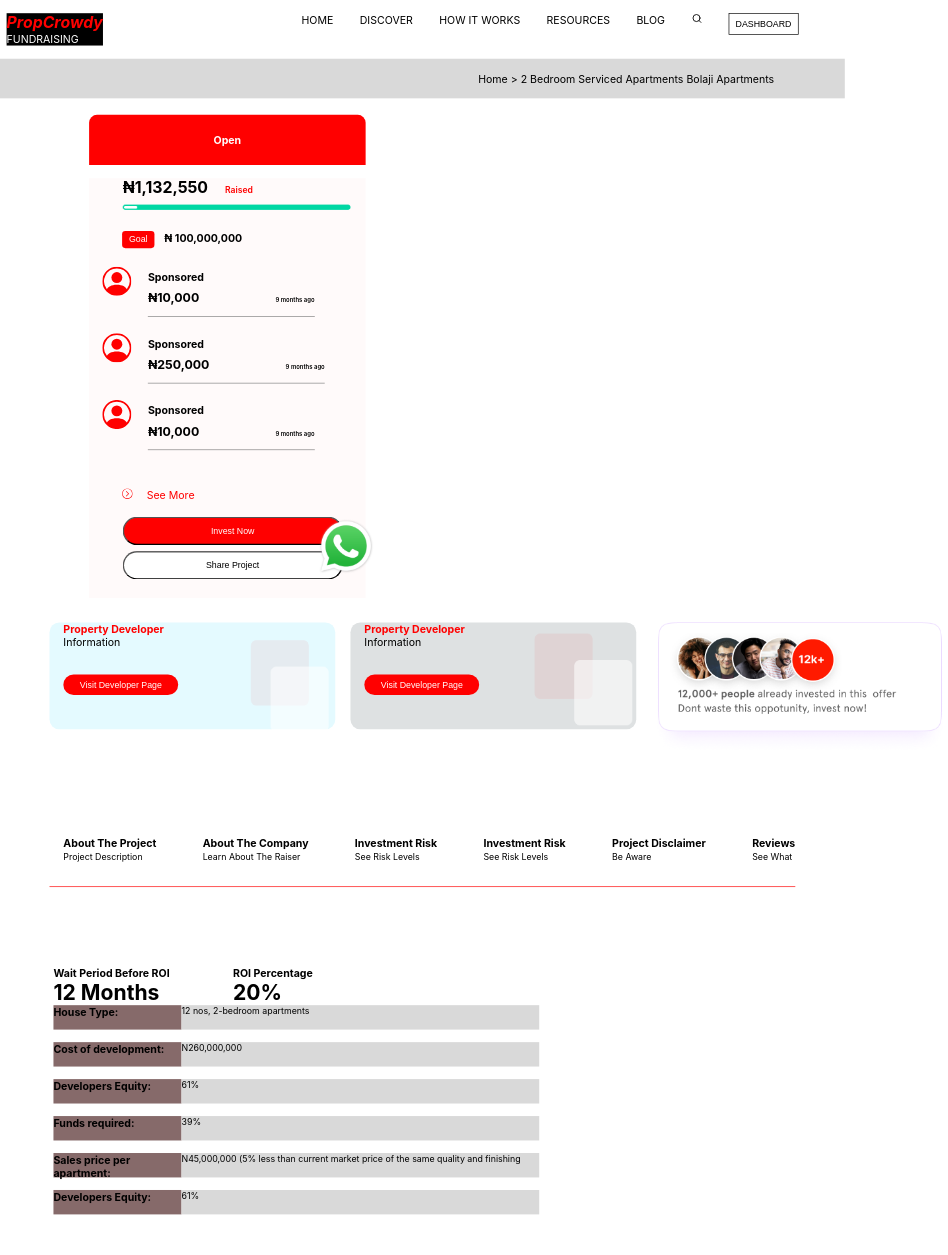
Repository: uh-sman/Popcrowdy
Page: /
An editor plug-in stored every save of this project. The page is shown before and after the next save, followed by the edit.
The browser window is 1280 px wide. The page is 1437 px wide, so the pictures cover 1437 px, including what lies to the right of the window. The pictures show the whole page, at 66% of full size.
The project was rebuilt for these pictures with package versions that can differ from the ones it lists, and the page was loaded fresh each time. Also part of the build but not shown: src/components/Section/carousel.css, src/components/Section/Carousel.js.

Above is the page before, as saved 2022-11-15 08:00:14.

### src/App.js
import CarouselDemo from "./components/Section/Carousel";
import "./App.css";
import { Navbar, Hero } from "./components";
import Scroll from "./components/Section/Scroll";
import SubCard from "./components/Section/SubCard";
import SubNav from "./components/SubNav";
import WaitPeriod from "./components/Footer/WaitPeriod";

function App() {
  return (
    <div className="App">
      <Navbar />
      <SubNav />
      <Hero />
      <SubCard />
      <Scroll />
      <WaitPeriod />
      {/* <CarouselDemo /> */}
    </div>
  );
}

export default App;

### src/App.css
* {
  text-decoration: none;
  list-style: none;
  padding: 0px;
  margin: 0;
  box-sizing: border-box;
  /* overflow: hidden; */
}

### src/components/index.js
export { default as Navbar } from "./Navbar";
export { default as Hero } from "./Section/Hero";
// export { default as Card } from "./Section/Card";

### src/components/Section/Scroll.js
import React from "react";
import { scroll } from "./data";
import "./scroll.css";
const Scroll = () => {
  return (
    <div>
      <div className="scrollContainer">
        {scroll.map(({ title, subtext, id }) => {
          return (
            <div key={id} className="texts">
              <h4>{title}</h4>
              <small>{subtext}</small>
            </div>
          );
        })}
      </div>
    </div>
  );
};

export default Scroll;
{
  /* <div className="inner-border">
  <div className="content">
    <h4>{title}</h4>
    <small>{subtext}</small>
  </div>
</div>; */
}

### src/components/Section/SubCard.jsx
import React from "react";
import img1 from "../assets/Group.png";
import img2 from "../assets/Rectangle44.png";
import group from "../assets/Group2.png";
import "./subcard.css";
const SubCard = () => {
  return (
    <div className="subcard-container">
      <div className="subcard">
        <div
          style={{
            backgroundColor: "#E4FAFF",
            borderRadius: "15px",
            height: "162px",
          }}
        >
          <div className="texts">
            <h4 style={{ color: "red", width: "412px" }}>Property Developer</h4>
            <p>Information</p>
            <button className="button" style={{ marginTop: "39px" }}>
              Visit Developer Page
            </button>
          </div>
          <div className="box">
            <img src={img1} className="box3" />
            <img src={img2} className="box4" />
          </div>
        </div>
        <div
          style={{
            backgroundColor: "#DEE1E2",
            borderRadius: "15px",
            height: "162px",
          }}
        >
          <div style={{ display: "flex" }}>
            <div className="texts">
              <h4 style={{ color: "red", width: "412px" }}>
                Property Developer
              </h4>
              <p>Information</p>
              <button className="button" style={{ marginTop: "39px" }}>
                Visit Developer Page
              </button>
            </div>
            {/*  */}
            <div className="box-gray">
              <img src={img1} className="box1" />
              <img src={img2} className="box2" />
            </div>
          </div>
        </div>
        <div className="group">
          <img src={group} />
        </div>
      </div>
    </div>
  );
};

export default SubCard;
// height: "162px";

### src/components/SubNav.jsx
import React from "react";

const SubNav = () => {
  return (
    <div className="subnav-container" style={{ marginBottom: "25px" }}>
      <div style={{ background: "#D9D9D9 50%", width: "100%", height: "60px" }}>
        <p
          style={{
            paddingTop: "20px",
            display: "flex",
            justifyContent: "flex-end",
            marginRight: "107px",
          }}
        >
          Home {">"} 2 Bedroom Serviced Apartments Bolaji Apartments
        </p>
      </div>
    </div>
  );
};

export default SubNav;

### src/components/Footer/WaitPeriod.jsx
import React from "react";
import Graph from "./Graph";

import "./wait.css";
const WaitPeriod = () => {
  return (
    <div className="contain">
      <div className="sub-container">
        <div>
          <h4>Wait Period Before ROI</h4>
          <h1>12 Months</h1>
        </div>
        <div>
          <h4>ROI Percentage</h4>
          <h1>20%</h1>
        </div>
      </div>
      <Graph />
    </div>
  );
};

export default WaitPeriod;

### src/components/Navbar.jsx
import React, { useState } from "react";
import "./navbar.css";
import { FiSearch } from "react-icons/fi";
import { sidebar } from "./Section/data";
import { GiHamburgerMenu } from "react-icons/gi";
const Navbar = () => {
  const [isOpen, setIsOpen] = useState(false);
  return (
    <div style={{}}>
      <nav>
        <div className="navbar-container">
          <div style={{ backgroundColor: "black" }}>
            <h1>
              <p style={{ color: "red" }}>
                <i>PropCrowdy</i>
              </p>
            </h1>
            <p style={{ color: "white" }}>FUNDRAISING</p>
          </div>
          <div>
            <ul className="nav-list">
              <li>HOME</li>
              <li>DISCOVER</li>
              <li>HOW IT WORKS</li>
              <li>RESOURCES</li>
              <li>BLOG</li>
              <FiSearch />
              <button className="btn">DASHBOARD</button>
            </ul>
          </div>
          <div className="container">
            {isOpen ? (
              <div className="sidebar">
                <div className="sidebar-container">
                  <div
                    className="close-menu "
                    onClick={() => setIsOpen(!isOpen)}
                  >
                    X
                  </div>
                  {sidebar.map(({ title, button, id }) => {
                    return (
                      <ul className="sidebar-list" key={id}>
                        <li>{title}</li>
                      </ul>
                    );
                  })}
                </div>
                <FiSearch className="search" />
                <button title="DASHBOARD" className="sidebar-btn">
                  DASHBOARD
                </button>
              </div>
            ) : (
              <GiHamburgerMenu
                style={{ marginRight: "50px" }}
                onClick={(e) => setIsOpen(!isOpen)}
              />
            )}
          </div>
        </div>
      </nav>
    </div>
  );
};

export default Navbar;

### src/components/Section/Hero.jsx
import React, { useState } from "react";
import "./hero.css";
import { Carousel } from "react-responsive-carousel";

import Card from "./Card";
import CarouselDemo from "./Carousel";
const Hero = () => {
  const [selected, setIsSelected] = useState(false);
  const [isSelected, setSelected] = useState(false);
  //    document.getElementById("select");
  if (selected) {
    // show the current image
    console.log("hello");
  } else {
    console.log("not selected");
  }
  return (
    <div className="hero-container">
      <div className="flexed-card">
        <div>{/* <CarouselDemo /> */}</div>
        <div className="card">
          {" "}
          <Card />{" "}
        </div>
      </div>
    </div>
  );
};

export default Hero;
{
  /* <div>
  <div style={{ marginBottom: "57px" }}>
    <p style={{ color: "red" }}>Hazrat Concept</p>
    <h1 style={{ fontWeight: "900px" }}>2 Bedroom Serviced Apartments</h1>
  </div>
  <div id="select" value={selected} onClick={(e) => setIsSelected(!selected)}>
    <img src={img1} />
  </div>
  <div style={{ marginTop: "16px" }}>
    <div className="sub-card"></div>
  </div>
</div>; */
}

### src/components/Section/data.js
import img from "../assets/Progressbar.png";
export const data = [
  {
    id: 1,
    title: "Sponsored",
    amount: "₦10,000",
    link: "https://img.icons8.com/material-sharp/2x/user-male-circle.png",
    date: "9 months ago",
  },
  {
    id: 2,
    title: "Sponsored",
    amount: "₦250,000",
    link: "https://img.icons8.com/material-sharp/2x/user-male-circle.png",
    date: "9 months ago",
  },
  {
    id: 3,
    title: "Sponsored",
    amount: "₦10,000",
    link: "https://img.icons8.com/material-sharp/2x/user-male-circle.png",
    date: "9 months ago",
  },
];

export const sidebar = [
  {
    id: "HOME",
    title: "HOME",
  },
  {
    id: "DISCOVER",
    title: "DISCOVER",
  },
  {
    id: "HOW IT WORKS",
    title: "HOW IT WORKS",
  },
  {
    id: "RESOURCES",
    title: "RESOURCES",
  },
  {
    id: "BLOG",
    title: "BLOG",
  },
  {
    id: "DASHBOARD",
    button: "DASHBOARD",
  },
];
export const amount = [
  {
    raise: "₦1,132,550",
    id: "raise",
    subtext: "Raised",
    goal: "₦ 100,000,000",
    image: img,
    text: "Goal",
  },
];
export const scroll = [
  {
    id: 1,
    title: "About The Project",
    subtext: "Project Description",
  },
  {
    id: 2,
    title: "About The Company",
    subtext: "Learn About The Raiser",
  },
  {
    id: 3,
    title: "Investment Risk",
    subtext: "See Risk Levels",
  },
  {
    id: 4,
    title: "Investment Risk",
    subtext: "See Risk Levels",
  },
  {
    id: 5,
    title: "Project Disclaimer",
    subtext: "Be Aware",
  },
  {
    id: 6,
    title: "Reviews",
    subtext: "See What",
  },
];

export const bar = [
  {
    id: 1,
    description: "House Type",
    subtext: "12 nos, 2-bedroom apartments",
  },
  {
    id: 2,
    description: "Cost of development",
    subtext: "N260,000,000",
  },
  {
    id: 3,
    description: " Developers Equity",
    subtext: "61%",
  },
  {
    id: 4,
    description: "Funds required",
    subtext: "39%",
  },
  {
    id: 5,
    description: "Sales price per apartment",
    subtext:
      "N45,000,000 (5% less than current market price of the same quality and finishing",
  },
  {
    id: 6,
    description: "Developers Equity",
    subtext: "61%",
  },
];
export const secondbar = [
  {
    id: 7,
    description: "Title",
    subtext: "Registered Deed of Assignment",
  },
  {
    id: 8,
    description: "Approvals",
    subtext: "All structural and building plans have been approved",
  },
  {
    id: 9,
    description: "Construction",
    subtext: "Pilling have been completed and construction work is ongoing",
  },
  {
    id: 10,
    description: "Minimum Investment",
    subtext: "N10,000",
  },
  {
    id: 11,
    description: "Custom Bank",
    subtext: "FCMB",
  },
  {
    id: 12,
    description: "Legal Advisory",
    subtext: "Perchstone & Graeys",
  },
];

### src/components/Section/scroll.css
.scrollContainer {
  margin: 120px 75px;
  display: flex;
  overflow-x: auto;
  /* gap: 200px; */
  justify-content: space-between;
  border-bottom: 1px solid red;
  /* gap: 55px; */
}
.texts {
  margin-bottom: 36px;
}
/* .content,
.outer-border {
  width: 240px;
  height: 150px;
  text-align: justify;
  background-color: green;
  color: white;
  padding-left: 10px;
  padding-right: 10px;
}
.outer-border {
  border: 2px solid black;
  position: relative;
  overflow: hidden;
}
.inner-border {
  position: absolute;
  left: 0;
  overflow-y: hidden;
  overflow-x: scroll;
}
.inner-border::-webkit-scrollbar {
  display: none;
} */

### src/components/Section/subcard.css
.button {
  padding: 8px 25px;
  background-color: red;
  color: white;
  border-radius: 47px;
  border: none;
}
.texts {
  margin-left: 21px;
}
.box {
  /* margin-top: 61px;
  top:1400px;*/
  position: absolute;
  top: 120px;
  left: 10px;
  /* margin-left: 25px; */
}
.box-gray {
  /* margin-top: 61px;
  top:1400px;*/
  position: absolute;
  top: 120px;
  left: 10px;
  /* margin-left: 25px; */
}
.box2 {
  /* margin-left: -50px;
  margin-top: 50px; */
  position: absolute;
  /* position: inherit; */
  width: 88px;
  height: 99px;
  margin-top: 40px;
  left: 860px;
  top: 840px;
}
.box3 {
  /* margin-left: -50px;
  margin-top: 50px; */
  position: absolute;
  /* position: inherit; */
  width: 88px;
  height: 99px;
  left: 370px;
  top: 850px;
}
.box1 {
  /* margin-left: -50px;
  margin-top: 50px; */
  position: absolute;
  /* position: inherit; */
  width: 88px;
  height: 99px;
  left: 800px;

  top: 840px;
}
.box4 {
  /* margin-left: -50px;
  margin-top: 50px; */
  /* position: absolute; */
  position: inherit;
  width: 88px;
  height: 99px;
  left: 400px;
  top: 890px;
}
@media only screen and (min-width: 200px) and (max-width: 950px) {
  .subcard {
    /* flex-direction: column; */
  }
  .box {
    /* width: fit-content; */
    position: absolute;
  }
  .box-gray {
    position: absolute;
  }
}
@media only screen and (max-width: 960px) {
  .group {
    display: block;
  }
  .subcard {
    /* display: block; */
    flex-direction: column;
  }
}
@media only screen and (max-width: 960px) {
}
.subcard {
  display: flex;
  /* display: grid; */
  /* grid-template-columns: 1fr 1fr 1fr; */
  /* grid-template-rows: 100px; */
  /* grid-gap: 23px; */
  gap: 23px;
  margin-left: 75px;
  margin-top: 37px;
}

### src/components/Footer/Graph.jsx
import React from "react";
import { bar } from "../Section/data";
import "./graph.css";
const Graph = () => {
  return (
    <div>
      <div>
        {bar.map(({ description, id, subtext }) => {
          return (
            <div>
              <div className="bars">
                <h4 className="brown">{description}:</h4>
                <small className="gray">{subtext}</small>
              </div>
            </div>
          );
        })}
      </div>
    </div>
  );
};

export default Graph;

### src/components/Footer/wait.css
.sub-container {
  display: flex;
  gap: 96px;
}
.contain {
  margin-left: 81px;
  margin-top: 57px;
  margin-bottom: 61px;
}

### src/components/navbar.css
.navbar-container {
  display: flex;
  justify-content: space-between;
  margin: 20px 10px;
}
.nav-list {
  display: flex;
  gap: 40px;
  margin-right: 60px;
}
.btn {
  background-color: white;
  border: 1px solid black;
  padding: 8px 10px;
  font-weight: 500;
}
@media only screen and (min-width: 200px) and (max-width: 950px) {
  .nav-list {
    flex-direction: column;
    display: none;
  }
}
@media only screen and (min-width: 960px) and (max-width: 1650px) {
  .container {
    display: none;
  }
}
.sidebar {
  background: gray;
  position: absolute;
  top: 0px;
  line-height: 70px;
  right: 0;
  /* left: 700px; */
  z-index: 100;
  width: 30%;
  height: 100%;
}
.close-menu {
  font-weight: 900;
  /* position: absolute; */
  display: flex;
  justify-content: flex-end;
  margin-right: 40px;
  right: 20px;
  top: 0;
}
.sidebar-list {
  /* border-bottom: 1px solid white; */
  /* margin-left: 20px; */
  text-align: center;
}
.sidebar-btn {
  background-color: white;
  border: 1px solid black;
  padding: 8px 10px;
  font-weight: 500;
  display: flex;
  justify-content: center;
  margin: auto;
}
.search {
  /* background-color: white;
  border: 1px solid black; */
  /* padding: 8px 10px; */
  /* font-weight: 500; */
  display: flex;
  justify-content: center;
  margin: auto;
  margin-bottom: 20px;
}

### src/components/Section/hero.css
.hero-container {
  margin-left: 73px;
}
.sub-card {
  display: flex;
  gap: 16px;
}
.flexed-card {
  display: flex;
  gap: 62px;
}
@media only screen and (min-width: 200px) and (max-width: 950px) {
  .flexed-card {
    display: block;
  }
}
.card {
  display: flex;
  justify-content: flex-start;
}

### src/components/Section/Card.jsx
import React from "react";
import { data } from "./data";
import { amount } from "./data";
// import img from "../assets/Progressbar.png";
import logo from "../assets/WhatsApp 1.png";
import { BsPersonCircle } from "react-icons/bs";
import { TfiArrowCircleRight } from "react-icons/tfi";
import "./card.css";
const Card = () => {
  return (
    <div>
      <div>
        <div className="red">
          <h4>Open</h4>
        </div>
        <div className="card-content">
          <div>
            {amount.map(({ id, raise, subtext, image, goal, text }) => {
              return (
                <div key={id}>
                  <h2 style={{ marginLeft: "51px", marginTop: "20px" }}>
                    {raise} <span className="subtext">{subtext}</span>
                  </h2>
                  <img src={image} className="rectangle" />
                  <div className="goal">
                    <button className="btns">{text}</button>
                    <h4>{goal}</h4>
                  </div>
                </div>
              );
            })}
          </div>
          {data.map(({ title, id, amount, date }) => {
            return (
              <div key={id}>
                <div className="card-items">
                  <div>
                    <BsPersonCircle className="image-style" />
                  </div>
                  <div className="" style={{ marginBottom: "25px" }}>
                    <h4>{title}</h4>
                    <h3 className="border">
                      {amount} <span className="date">{date}</span>
                    </h3>
                  </div>
                </div>
              </div>
            );
          })}
          <p className="seemore">
            <TfiArrowCircleRight />
            <span style={{ marginLeft: "21.05px" }}>See More</span>
          </p>
          <div className="button-class">
            <div className="logo">
              <img src={logo} />
            </div>
            <button className="card-buttons1">Invest Now </button>
            <button className="card-buttons2">Share Project </button>
          </div>
        </div>
      </div>
    </div>
  );
};

export default Card;

### src/components/Footer/graph.css
.bars {
  /* display: grid; */
  /* grid-template-columns: 1fr 1fr; */
  /* grid-template-columns: 1fr 2fr; */
  display: flex;
  margin-bottom: 19px;
  align-items: center;
  object-fit: contain;
  /* grid-gap: 10px; */
}
.flex {
  display: flex;
}
.brown {
  height: 37px;
  width: 194px;
  left: 737px;
  top: 1457px;
  border-radius: 0px;

  background-color: #866a6a;
}
.gray {
  height: 37px;
  width: 542px;
  left: 84px;
  top: 1457px;
  border-radius: 0px;
  background-color: #d9d9d9;
}

### src/components/Section/card.css
.red {
  background-color: red;
  height: 75.9189224243164px;
  width: 419px;
  left: 963px;
  top: 242px;
  /* border-radius: 12px; */
  border-top-left-radius: 12px;
  border-top-right-radius: 12px;

  text-align: center;
  justify-content: center;
  align-items: center;
  display: flex;
  color: white;
}

.card-items {
  display: flex;
  flex-direction: row;
  margin-left: 20px;
  gap: 25px;
  line-height: 32px;
  /* border-bottom: 1px solid gray; */
}
.subtext {
  font-size: 13px;
  line-height: 16.6px;
  font-weight: 600;
  margin-left: 20px;
  color: red;
}
.card-content {
  /* background-color: rgb(167, 117, 117); */
  background: #fffafa;
  /* border: 1px solid gray; */
  /* border-top-left-radius: 12px;
  border-top-right-radius: 12px; */
  /* border-radius: 12px; */
}
.image-style {
  height: 44.099998474121094px;
  width: 44.099998474121094px;
  left: 0.45001220703125px;
  top: 0.45001220703125px;
  border-radius: 0px;
  color: #ff0000;
}
.date {
  font-size: 9px;
  line-height: 11.19px;
  font-weight: 600;
  margin-left: 111px;
}
.rectangle {
  margin-top: 11px;
  margin-left: 51px;
}
.card-buttons1 {
  height: 43.249427795410156px;
  width: 333.0001525878906px;
  left: 0px;
  top: 0px;
  border-radius: 47px;
  background: #ff0000;
  color: white;
}
.card-buttons2 {
  height: 43.249427795410156px;
  width: 333.0001525878906px;
  left: 0px;
  top: 0px;
  border-radius: 47px;
  background: #ffff;
  margin-bottom: 27.75px;
}
.border {
  padding-bottom: 11px;
  border-bottom: 1px solid gray;
}
.seemore {
  /* margin: 32.64px 50.19px; */
  margin-top: 32.64px;
  margin-bottom: 23.19px;
  margin-left: 50.19px;
  color: red;
}
.button-class {
  display: flex;
  flex-direction: column;
  gap: 8.75px;
  margin-left: 51px;
}
.logo {
  position: absolute;
  left: 480px;
}
.btns {
  height: 26px;
  width: 49px;
  background: #ff0000;
  border-radius: 5px;
  display: flex;
  align-items: center;
  justify-content: center;
  color: #ffff;
  border: none;
}
.goal {
  margin: 28px 50px;
  display: flex;
  gap: 15px;
}
@media only screen and (min-width: 200px) and (max-width: 950px) {
  .logo {
    left: 420px;
  }
}

Loaded but not shown: public/index.html (common file); src/index.js (common file); src/index.css (common file)

After the next save:
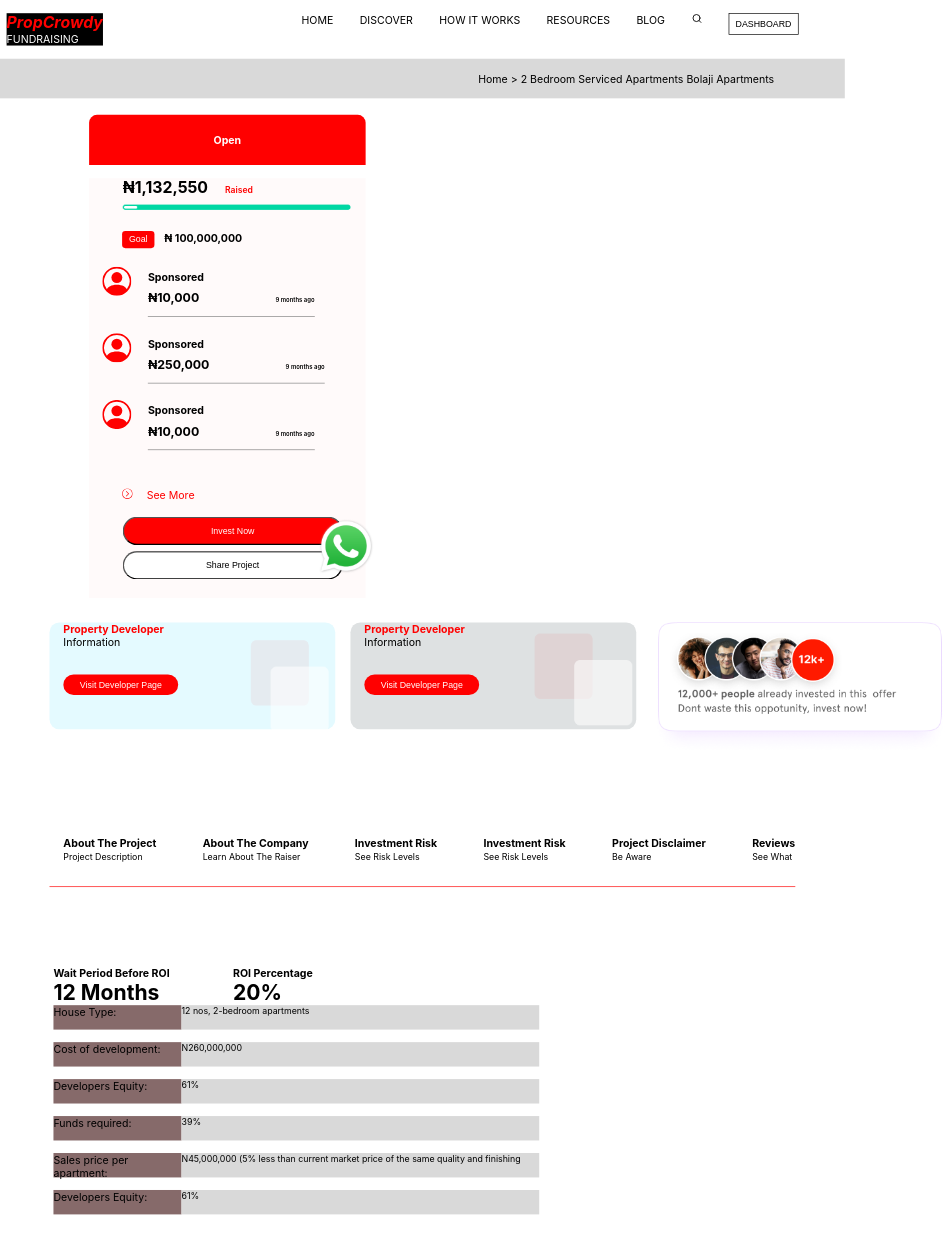
Saved 12 s later.
--- a/src/components/Footer/Graph.jsx
+++ b/src/components/Footer/Graph.jsx
@@ -9,7 +9,7 @@
           return (
             <div>
               <div className="bars">
-                <h4 className="brown">{description}:</h4>
+                <p className="brown">{description}:</p>
                 <small className="gray">{subtext}</small>
               </div>
             </div>
